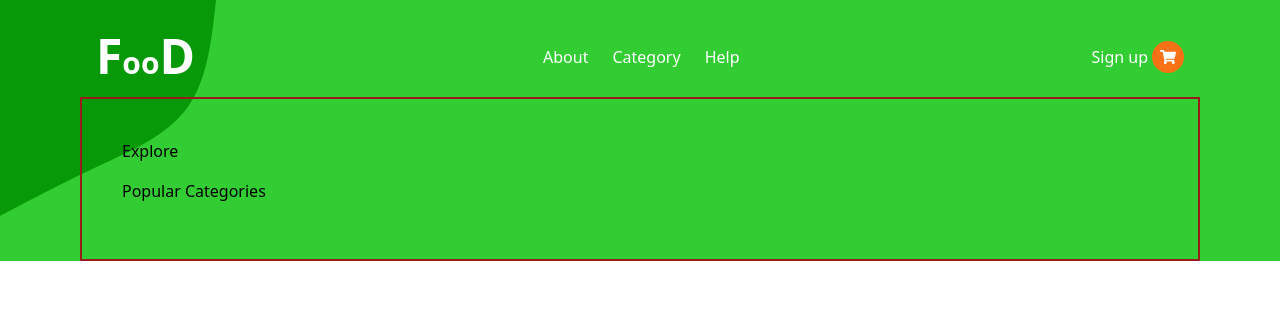
Repository: KhushiCode14/FoodWeb
Page: /category (app in frontend/)
An editor plug-in stored every save of this project. The page is shown before and after the next save, followed by the edit.
The browser window is 1280 px wide. The pictures show the whole page.
The project was rebuilt for these pictures with package versions that can differ from the ones it lists, and the page was loaded fresh each time. Also part of the build but not shown: frontend/src/Pages/Home.tsx, frontend/src/components/Home/SignUp.tsx, frontend/src/components/Home/SignIn.tsx, frontend/src/components/Home/Cart.tsx.

Above is the page before, as saved 2024-09-24 11:59:56.

After the next save:
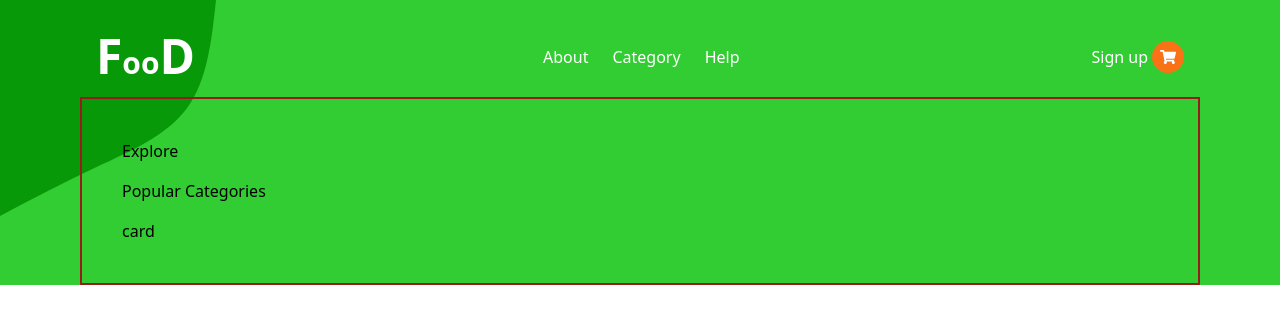
Saved 22 s later.
--- a/frontend/src/components/categories/Category.tsx
+++ b/frontend/src/components/categories/Category.tsx
@@ -4,9 +4,9 @@ const Category = () => {
   return (
     <div className='flex flex-col p-10 border-red-800 border-2 gap-4 justify-between'>
       <div className='flex-1'><button>Explore</button></div>
-      <div><h1>Popular Categories</h1></div>
+      <div className='flex-1' ><h1>Popular Categories</h1></div>
       {/* cards */}
-      <div></div>
+      <div className='flex-1'>card </div>
     </div>
   )
 }
